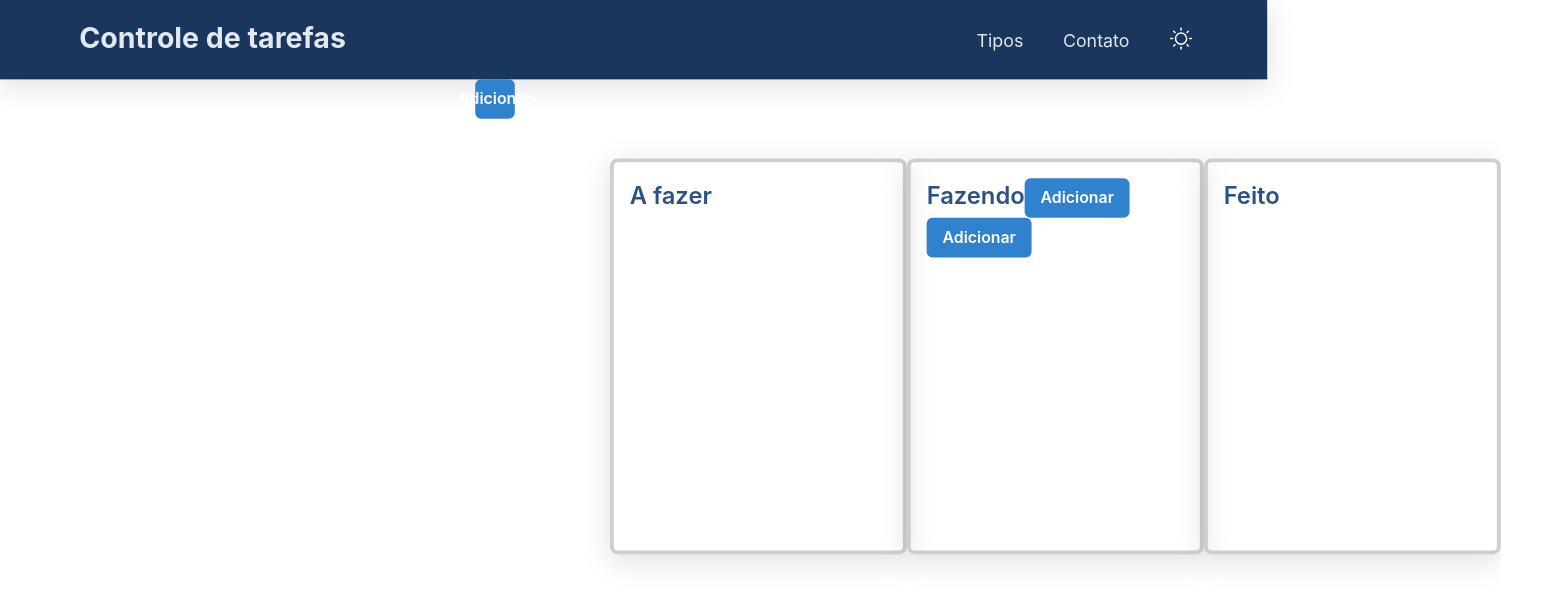
Repository: leosulzbach/Hackaton-Relampago
Page: /home (app in Front/)
The author's editor kept a copy of each file at every save. The page is drawn from the files as they stood at one save, then again after the next save.
The browser window is 1280 px wide. The page is 1516 px wide, then 1582 px, then 1516 px, so the pictures cover 1582 px, including what lies to the right of the window. The pictures show the whole page, at 99% of full size.
The page's requests for data from a server got no answer. The project was rebuilt for these pictures with package versions that can differ from the ones it lists, and the page was loaded fresh each time. No one was signed in, and anything a server would have sent is missing. Also part of the build but not shown: Front/vite.config.ts.

Above is the page before, as saved 2022-11-07 16:19:59.

### Front/src/App.tsx
import { ChakraProvider, theme } from "@chakra-ui/react"
import { BrowserRouter } from "react-router-dom"
import { Router } from "./Routes/Router"



function App() {
  return(
    <ChakraProvider theme={theme}>
    <BrowserRouter>
      <Router />
    </BrowserRouter>
  </ChakraProvider>
  )
}

export default App

### Front/src/Routes/Router.tsx
import { Routes, Route } from "react-router-dom";
import { Home } from "../Pages/home";


export function Router() {
  return (
    <Routes>
      <Route path="/home" element={<Home />} />
     </Routes>
  );
}

### Front/src/Pages/home.tsx
import { Box, Button, Flex, Grid, Text } from '@chakra-ui/react'
import axios from 'axios';
import { CalendarPlus } from 'phosphor-react';
import { useEffect, useState } from 'react';
import { Header } from '../Components/Header'


export interface Cadastro {
    id: number;
    descricao: string;
    situacao: string;
    data_vencimento: string;
    prioridade: string;
    email: string

}

export const Home = () => {

        const [CadastroList, setCadastroList] = useState<Cadastro[]>([]);
        const [CadastroFilter, setCadastroFilter] = useState<Cadastro[]>(CadastroList);


        useEffect(() => {
            axios.get<Cadastro[]>("http://localhost:3000/tarefas").then((response) => {
                setCadastroList(response.data);
            });
        }, []);


        const [tarefa, settarefa] = useState<any>();




        useEffect(() => {


            setCadastroFilter(

                CadastroList);
        }, [CadastroList])


    return (
        <Flex>
            <Header />
         <Button
          colorScheme='blue'
          mt={"5rem"}
          ml={"30rem"}
          >Adicionar</Button>

            <Grid
                templateColumns='repeat(3, 1fr)'
                ml={"6rem"}
                mt={"10rem"}
                alignItems={"center"}
                width='100%'
                height="100%"
            >
                <Box
                    border={"4px solid #cecece"}
                    boxShadow={"rgba(100, 100, 111, 0.2) 0px 7px 29px 0px"}
                    borderRadius={8}
                    w={"300px"}
                    h={"400px"}
                >
                    <Text
                        p={"1rem"}
                        fontSize={"1.5rem"}
                        fontWeight={"semibold"}
                        color={"blue.700"}
                    >A fazer</Text>

                </Box>
                <Box
                    border={"4px solid #cecece"}
                    boxShadow={"rgba(100, 100, 111, 0.2) 0px 7px 29px 0px"}
                    borderRadius={8}
                    w={"300px"}
                    h={"400px"}>
                    <Text
                        p={"1rem"}
                        fontSize={"1.5rem"}
                        fontWeight={"semibold"}
                        color={"blue.700"}
                    >Fazendo
                     <Button colorScheme='blue'>Adicionar</Button>
                     <Button colorScheme='blue'>Adicionar</Button></Text>
                </Box>
                <Box
                    border={"4px solid #cecece"}
                    boxShadow={"rgba(100, 100, 111, 0.2) 0px 7px 29px 0px"}
                    borderRadius={8}
                    w={"300px"}
                    h={"400px"}>
                    <Text
                        p={"1rem"}
                        fontSize={"1.5rem"}
                        fontWeight={"semibold"}
                        color={"blue.700"}
                    >Feito</Text>
                </Box>

            </Grid>
        </Flex>
    )

}

### Front/src/Components/Header.tsx
import { Box, Flex, Input, Link, Text } from "@chakra-ui/react";
import { Sun } from "phosphor-react";



export const Header = () => {
    return (
        <Flex

            as="header"
            w="100%"
            h="20"
            justify="space-between"

            borderBottomWidth={1}
            borderColor="blue.900"
            bg="blue.900"
            position={"fixed"}
            boxShadow="rgba(100, 100, 111, 0.2) 0px 7px 29px 0px"
        >
            <Flex
                p="1rem"
                justify="flex-start"
                ml="4rem"
            >
                <Text
                    fontSize="1.8rem"
                    fontWeight="bold"
                    color="gray.200"
                >
                    Controle de tarefas
                </Text>
            </Flex>
            <Flex
                p="1.7rem"
                mr="3rem"
                justify="flex-end"
                gap={10}
            >

                <Link

                    href="/sobre"
                    color="gray.200"
                    fontSize={18}
                    _hover={{
                        borderBottom: '4px solid  blue', transition: 'all 0.3s ease-out', transform: 'translate(-11px, 0px)'
                    }}
                >
                    Tipos
                </Link>
                <Link
                    href="/contato"
                    color="gray.200"
                    fontSize={18}
                    _hover={{
                        borderBottom: '4px solid  blue', transition: 'all 0.3s ease-out', transform: 'translate(-11px, 0px)'
                    }}

                >
                    Contato
                </Link>
                <Sun size={24} color={"white"} />
            </Flex>



        </Flex>
    );
}

Loaded but not shown: Front/index.html (common file); Front/src/main.tsx (common file)

After the next save:
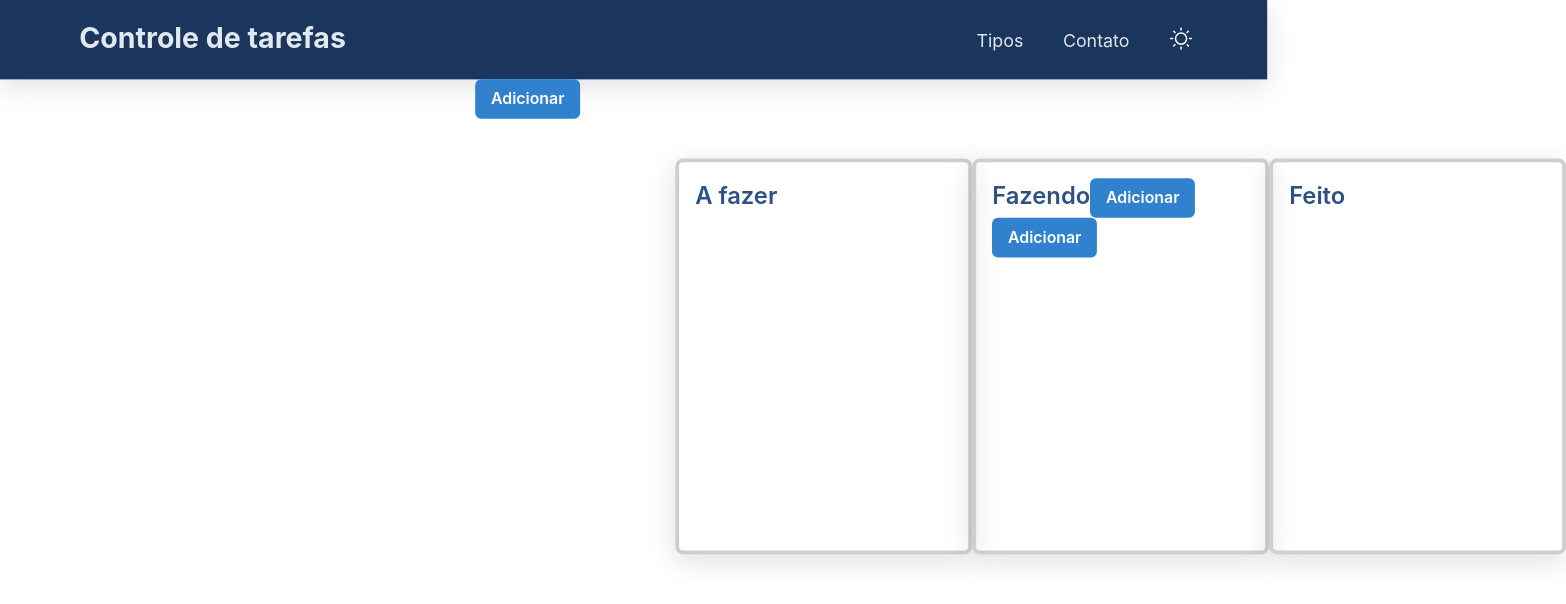
Saved 26 s later.
--- a/Front/src/Pages/home.tsx
+++ b/Front/src/Pages/home.tsx
@@ -45,11 +45,14 @@
     return (
         <Flex>
             <Header />
-         <Button
+            <Flex>
+                 <Button
           colorScheme='blue'
           mt={"5rem"}
           ml={"30rem"}
           >Adicionar</Button>
+            </Flex>
+
 
             <Grid
                 templateColumns='repeat(3, 1fr)'

After the save that followed:
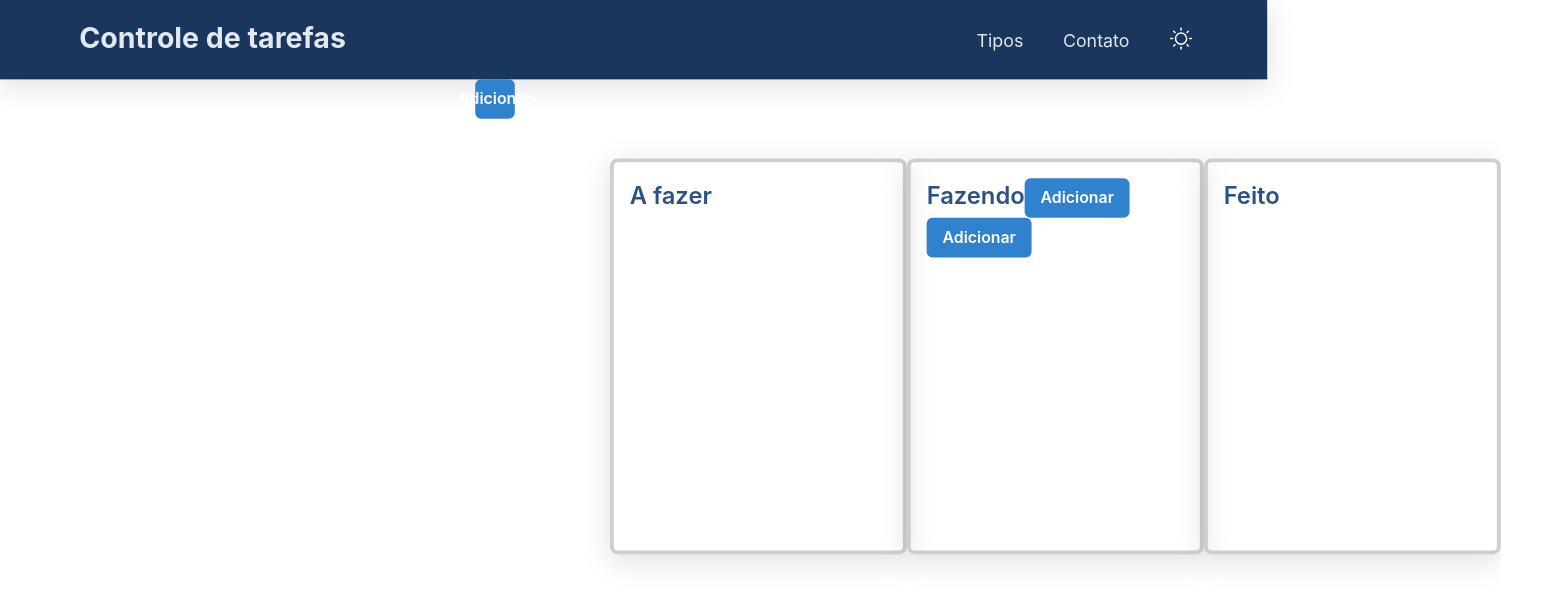
Saved 22 s later.
--- a/Front/src/Pages/home.tsx
+++ b/Front/src/Pages/home.tsx
@@ -45,14 +45,12 @@
     return (
         <Flex>
             <Header />
-            <Flex>
-                 <Button
+
+         <Button
           colorScheme='blue'
           mt={"5rem"}
           ml={"30rem"}
           >Adicionar</Button>
-            </Flex>
-
 
             <Grid
                 templateColumns='repeat(3, 1fr)'
